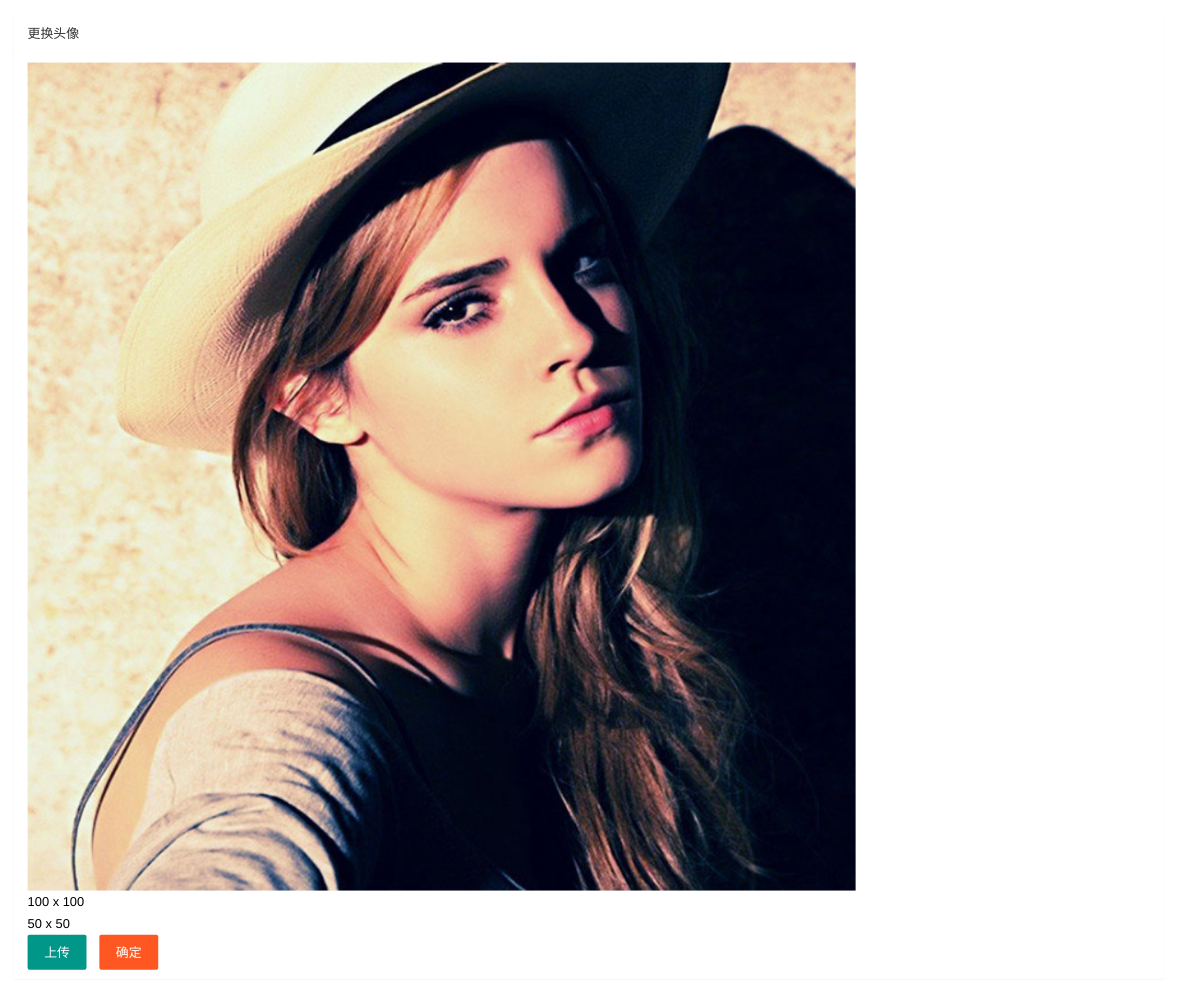
Repository: xxsleep/-
Page: home/user/user_avatar.html
An editor plug-in stored every save of this project. The page is shown before and after the next save, followed by the edit.
The browser window is 1280 px wide. The pictures show the whole page, at 92% of full size.

Above is the page before, as saved 2020-11-27 09:37:42.

### home/user/user_avatar.html
<!DOCTYPE html>
<html lang="en">

<head>
    <meta charset="UTF-8">
    <meta name="viewport" content="width=device-width, initial-scale=1.0">
    <title>Document</title>
    <link rel="stylesheet" href="/assets/lib/layui/css/layui.css">
    <link rel="stylesheet" href="/assets/lib/cropper/cropper.css">
    <link rel="stylesheet" href="/assets/css/user/user_avatar.css">
</head>

<body>
    <div class="layui-card">
        <div class="layui-card-header">更换头像</div>
        <div class="layui-card-body">
            <div class="row1">
                <!-- 图片裁剪区域 -->
                <div class="cropper-box">
                    <!-- 这个 img 标签很重要，将来会把它初始化为裁剪区域 -->
                    <img id="image" src="/assets/images/sample.jpg" />
                </div>
                <!-- 图片的预览区域 -->
                <div class="preview-box">
                    <div>
                        <!-- 宽高为 100px 的预览区域 -->
                        <div class="img-preview w100"></div>
                        <p class="size">100 x 100</p>
                    </div>
                    <div>
                        <!-- 宽高为 50px 的预览区域 -->
                        <div class="img-preview w50"></div>
                        <p class="size">50 x 50</p>
                    </div>
                </div>
            </div>

            <!-- 第二行的按钮区域 -->
            <div class="row2">
                <button type="button" class="layui-btn">上传</button>
                <button type="button" class="layui-btn layui-btn-danger">确定</button>
            </div>
        </div>
    </div>
    <script src="/assets/lib/jquery.js"></script>
    <script src="/assets/lib/cropper/Cropper.js"></script>
    <script src="/assets/lib/cropper/jquery-cropper.js"></script>
    <script src="/assets/lib/layui/layui.all.js"></script>
    <script src="/assets/js/ajaxBase.js"></script>
    <script src="/assets/js/user/user_avatar></script>
</body>

</html>

### assets/css/user/user_avatar.css
* {
    margin: 0;
    padding: 0;
}

body {
    padding: 15px;
}

### assets/js/ajaxBase.js
$.ajaxPrefilter(function (options) {
    options.url = "http://ajax.frontend.itheima.net" + options.url;

    if (options.url.indexOf("/my/") !== -1) {
        options.headers = {
            Authorization: localStorage.getItem("token"),
        };
    }

    options.complete = function (xhr) {
        if (xhr.responseJSON.status === 1 && xhr.responseJSON.message === '身份认证失败') {
            localStorage.removeItem('token')
            location.href = '/home/login.html'
        }
    }





});

Loaded but not shown: assets/lib/layui/css/layui.css (library); assets/lib/cropper/cropper.css (library); assets/lib/jquery.js (library); assets/lib/cropper/Cropper.js (library); assets/lib/cropper/jquery-cropper.js (common file); assets/lib/layui/layui.all.js (library); assets/lib/layui/css/modules/laydate/default/laydate.css (library); assets/lib/layui/css/modules/layer/default/layer.css (library); assets/lib/layui/css/modules/code.css (common file)

After the next save:
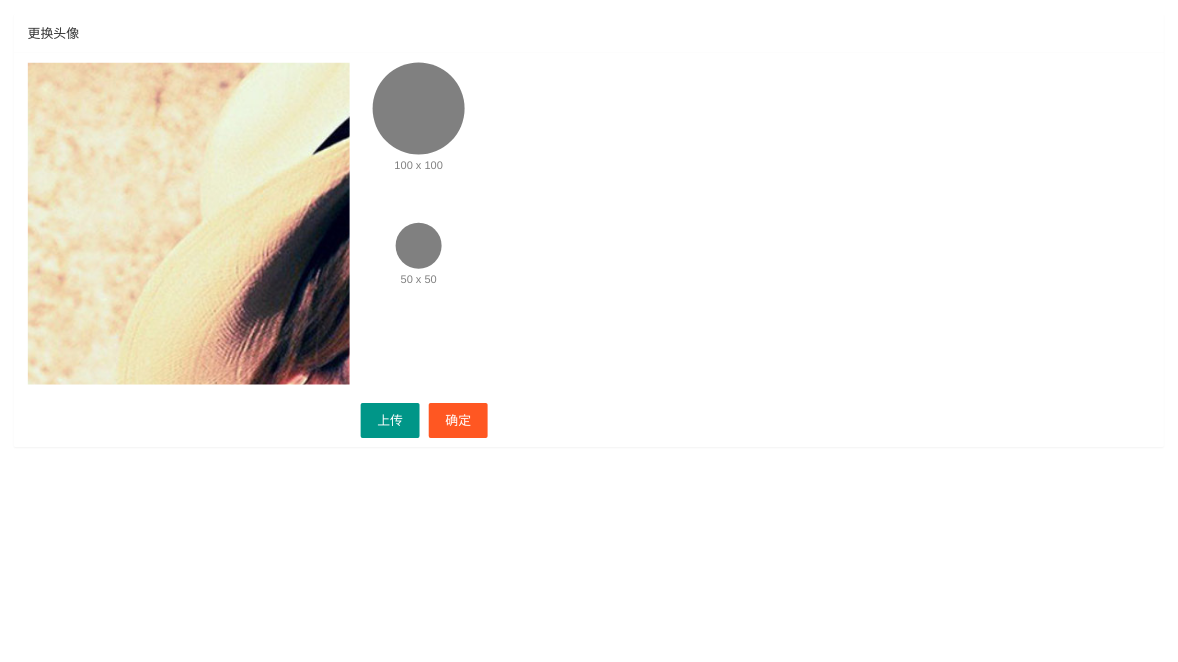
Saved 27 s later.
--- a/assets/css/user/user_avatar.css
+++ b/assets/css/user/user_avatar.css
@@ -6,3 +6,71 @@
 body {
     padding: 15px;
 }
+
+.layui-card-body {
+    width: 500px;
+}
+
+/* 设置按钮行的样式 */
+
+.row2 {
+    display: flex;
+    justify-content: flex-end;
+    margin-top: 20px;
+}
+
+/* 设置裁剪区域的样式 */
+
+.cropper-box {
+    width: 350px;
+    height: 350px;
+    background-color: cyan;
+    overflow: hidden;
+}
+
+/* 设置第一个预览区域的样式 */
+
+.w100 {
+    width: 100px;
+    height: 100px;
+    background-color: gray;
+}
+
+/* 设置第二个预览区域的样式 */
+
+.w50 {
+    width: 50px;
+    height: 50px;
+    background-color: gray;
+    margin-top: 50px;
+}
+
+/* 设置预览区域下方文本的样式 */
+
+.size {
+    font-size: 12px;
+    color: gray;
+    text-align: center;
+}
+
+/* 设置图片行的样式 */
+
+.row1 {
+    display: flex;
+}
+
+/* 设置 preview-box 区域的的样式 */
+
+.preview-box {
+    display: flex;
+    flex-direction: column;
+    flex: 1;
+    align-items: center;
+}
+
+/* 设置 img-preview 区域的样式 */
+
+.img-preview {
+    overflow: hidden;
+    border-radius: 50%;
+}
